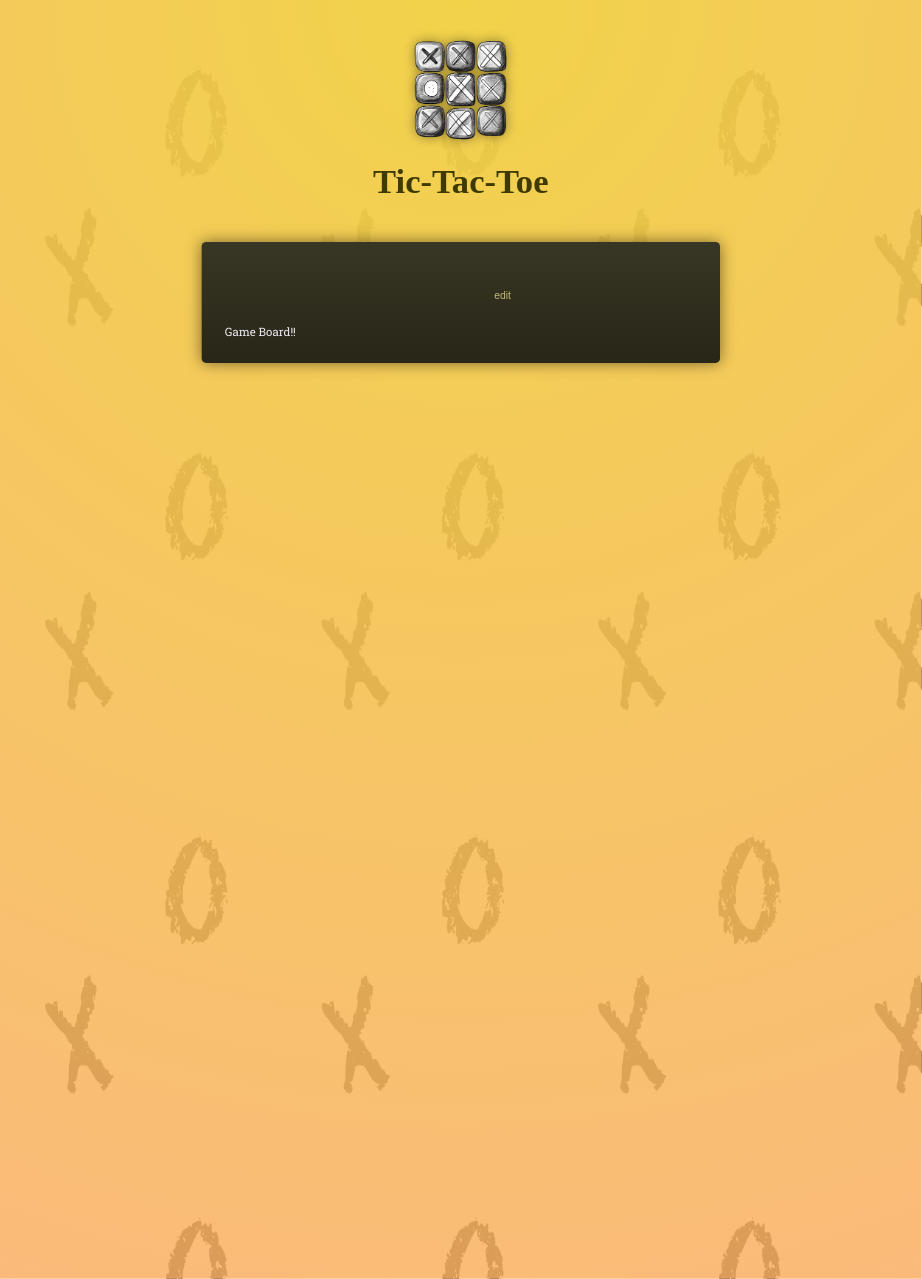
Repository: PrateekSahu9808/Tic_tac__toe_game
Page: /
The author's editor kept a copy of each file at every save. The page is drawn from the files as they stood at one save, then again after a run of saves.
The browser window is 1280 px wide. The pictures show the whole page, at 72% of full size.
Some web fonts or font styles are not loaded; a fallback is used. The project was rebuilt for these pictures with package versions that can differ from the ones it lists, and the page was loaded fresh each time. Also part of the build but not shown: vite.config.js.

Above is the page before, as saved 2024-04-16 00:01:12.

### index.html
<!DOCTYPE html>
<html lang="en">
  <head>
    <meta charset="UTF-8" />
    <link rel="icon" type="image/svg+xml" href="/vite.svg" />
    <meta name="viewport" content="width=device-width, initial-scale=1.0" />
    <title>Vite + React</title>
  </head>
  <body>
    <header>
      <img src="game-logo.png" alt="tick" />
      <h1>Tic-Tac-Toe</h1>
    </header>
    <div id="root"></div>
    <script type="module" src="/src/main.jsx"></script>
  </body>
</html>

### src/App.jsx
import Player from "./Components/Player";

function App() {
  return (
    <main>
      <div id="game-container">
        <ol id="players">
          <Player name/>
        </ol>
        Game Board!!
      </div>
    </main>
  );
}

export default App;

### src/Components/Player.jsx


const Player = ({name,symbol}) => {
  return (
    <li>
      <span className="player">
        <span className="player-name">{name}</span>
        <span className="player-symbol">{symbol}</span>
      </span>
      <button>edit</button>
    </li>
  );
};

export default Player;

Loaded but not shown: src/main.jsx (common file); src/index.css (common file)

After the next 6 saves:
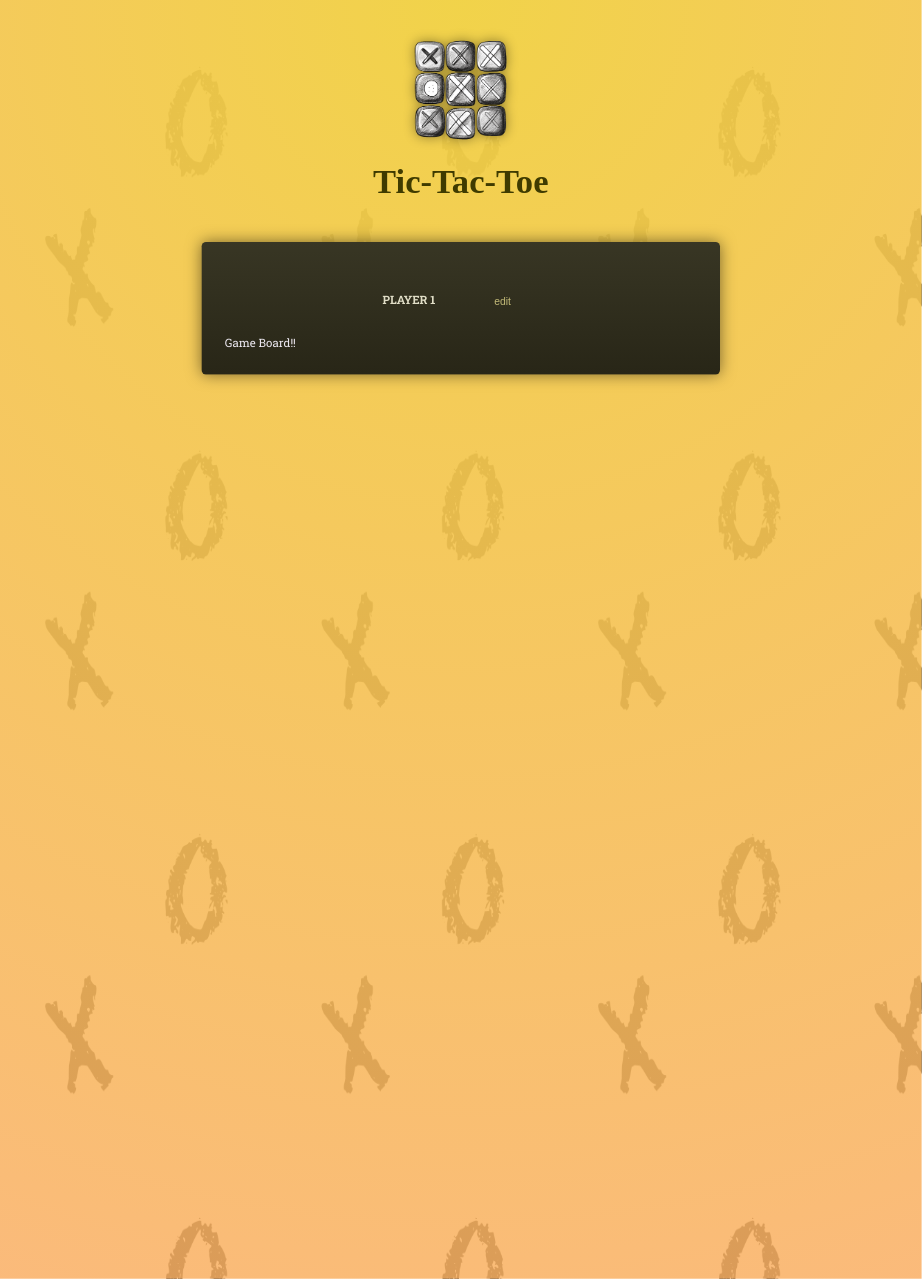
The 6 saves are shown as one change because they came seconds apart.
The last was saved 15 s later.
--- a/src/App.jsx
+++ b/src/App.jsx
@@ -5,7 +5,7 @@ function App() {
     <main>
       <div id="game-container">
         <ol id="players">
-          <Player name/>
+          <Player name="Player 1" symbol/>
         </ol>
         Game Board!!
       </div>
